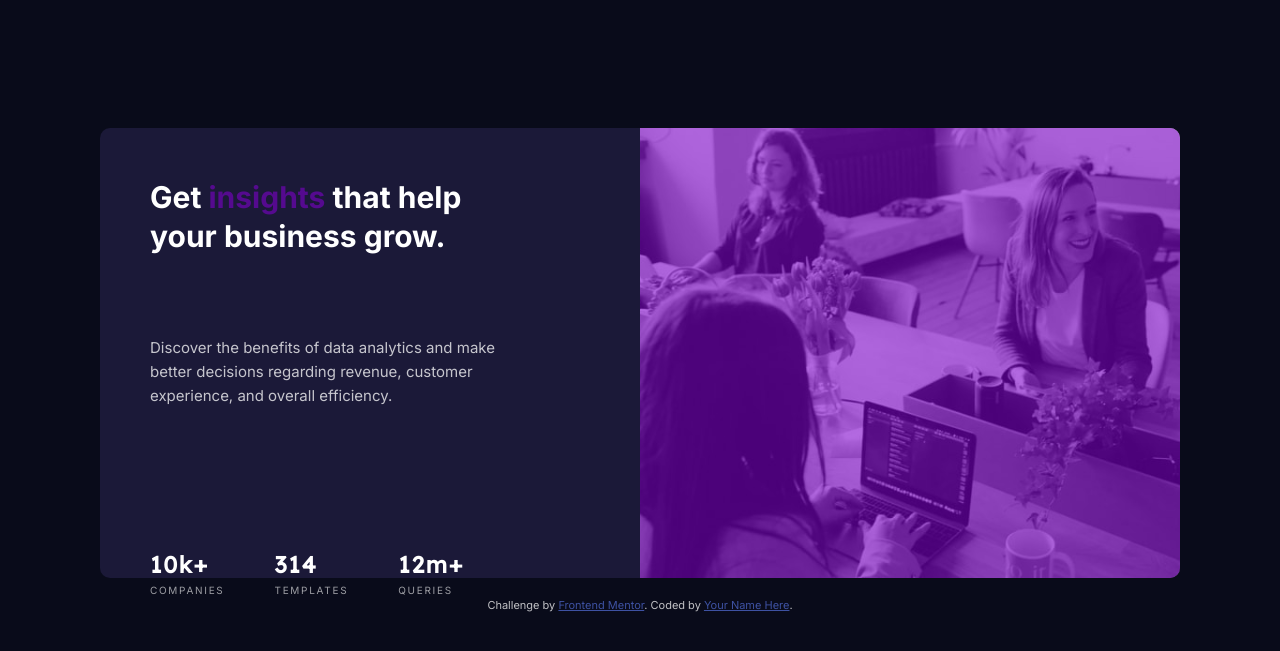
Repository: DejV44/stats-preview-card-component-main
Page: index.html
These files come from the project's save history. The page is drawn as it stood at one moment and after the next save; the edit follows.
The browser window is 1280 px wide. The pictures show the whole page.
The style sheet was rebuilt from its Sass, Less or Tailwind sources for each picture, by a compiler version that may differ from the author's.

Above is the page before, as saved 2021-07-10 21:25:36.

### index.html
<!DOCTYPE html>
<html lang="en">
<head>
  <meta charset="UTF-8">
  <meta name="viewport" content="width=device-width, initial-scale=1.0"> <!-- displays site properly based on user's device -->

  <link rel="icon" type="image/png" sizes="32x32" href="./images/favicon-32x32.png">
  <link rel="stylesheet" href="/css/style.css">


  <title>Frontend Mentor | Stats preview card component</title>
</head>
<body>
  <div class="container">
    <div class="picture">
      <div class="overlay"></div>
    </div>
    <div class="card">
      <h1>Get <span>insights</span> that help your business grow.</h1>

      <p>Discover the benefits of data analytics and make better decisions regarding revenue, customer
      experience, and overall efficiency.</p>

      <ul>
        <li><span>10k+</span> companies</li>
        <li><span>314</span> templates</li>
        <li><span>12m+</span> queries</li>
      </ul>
    </div>
  </div>


  <div class="attribution">
    Challenge by <a href="https://www.frontendmentor.io?ref=challenge" target="_blank">Frontend Mentor</a>.
    Coded by <a href="#">Your Name Here</a>.
  </div>
</body>
</html>

### css/style.scss
$mainBackground: hsl(233, 47%, 7%);
$cardBackground: hsl(244, 38%, 16%);
$accent: hsla(277, 100%, 40%, 0.589);

$mainHeading: hsl(0, 0%, 100%);
$mainParagraph: hsla(0, 0%, 100%, 0.75);
$statHeadings: hsla(0, 0%, 100%, 0.6);

@import url("https://fonts.googleapis.com/css2?family=Inter:wght@400;700&display=swap");

@import url("https://fonts.googleapis.com/css2?family=Lexend+Deca&display=swap");

* {
  margin: 0;
  padding: 0;
  box-sizing: border-box;
}

body {
  font-family: "Inter", sans-serif;
  font-size: 15px;
  background-color: $mainBackground;

  .container {
    margin: 20px 30px;
    border-radius: 10px;
    .picture {

      border-radius: 10px 10px 0 0;
      background: url("/images/image-header-mobile.jpg");
      background-position: center;
      background-size: cover;
      background-repeat: no-repeat;
      height: 300px;

      .overlay {
        background-color: $accent;
        background-size: cover;
        height: 300px;
      }
    }

    .card {
        border-radius: 0 0 10px 10px;
        background: $cardBackground;
        text-align: center;

        h1 {
            margin: 0 auto;
            padding: 30px 25px;
            color: $mainHeading;
            text-align: center;
            line-height: 1.3;
            span {
                color: $accent;
                line-height: 1.3;
            }
        }
        p {
          color: $mainParagraph;
          padding: 0 20px 20px 20px;
          margin-bottom: 15px;
          line-height: 24px;
        }

        ul {
          padding-bottom: 15px;
          font-size: 10px;
          letter-spacing: 1.7px;
          color: $statHeadings;
          li {
            list-style: none;
            text-transform: uppercase;
            padding: 7px 0;


            span {
              padding-bottom: 5px;
              display: block;
              text-transform: lowercase;
              font-family: "lexend Deca" ,sans-serif;
              font-weight: 700;
              font-size: 23px;
              color: $mainHeading;
            }
          }
        }
    }
  }

  .attribution {
    font-size: 11px;
    text-align: center;
    color: $mainParagraph;

    a {
      color: hsl(228, 45%, 44%);
    }
  }
}

@media (min-width:768px) {
  body {
    height: 100vh;
    display: flex;
    flex-direction: column;
    justify-content: center;


    .container {
      display: flex;
      flex-direction: row-reverse;
      justify-content: center;
      flex-wrap: nowrap;

      .picture {
        flex-grow: 0;
        align-content: flex-end;
        width: 540px;
        height: 450px;
        border-radius: 0;
        border-bottom-right-radius: 10px;
        border-top-right-radius: 10px;

        .overlay {
          width: 540px;
          height: 450px;
          border-radius: 0;
          border-bottom-right-radius: 10px;
          border-top-right-radius: 10px;
        }

      }

      .card {

        max-height: 450px;
        width: 540px;
        border-radius: 0;
        border-bottom-left-radius: 10px;
        border-top-left-radius: 10px;
        text-align: left;

        h1, p {
          text-align: left;
          max-width: 540px;
          margin-left: 50px;
          margin-right: 100px;
          padding-top: 50px;
          padding-left: 0;
        }

        ul {
          display: inline-flex;
          text-align: left;

          li {
            margin: 100px 0px 0 50px;
          }
        }

      }
    }
  }
}

After the next save:
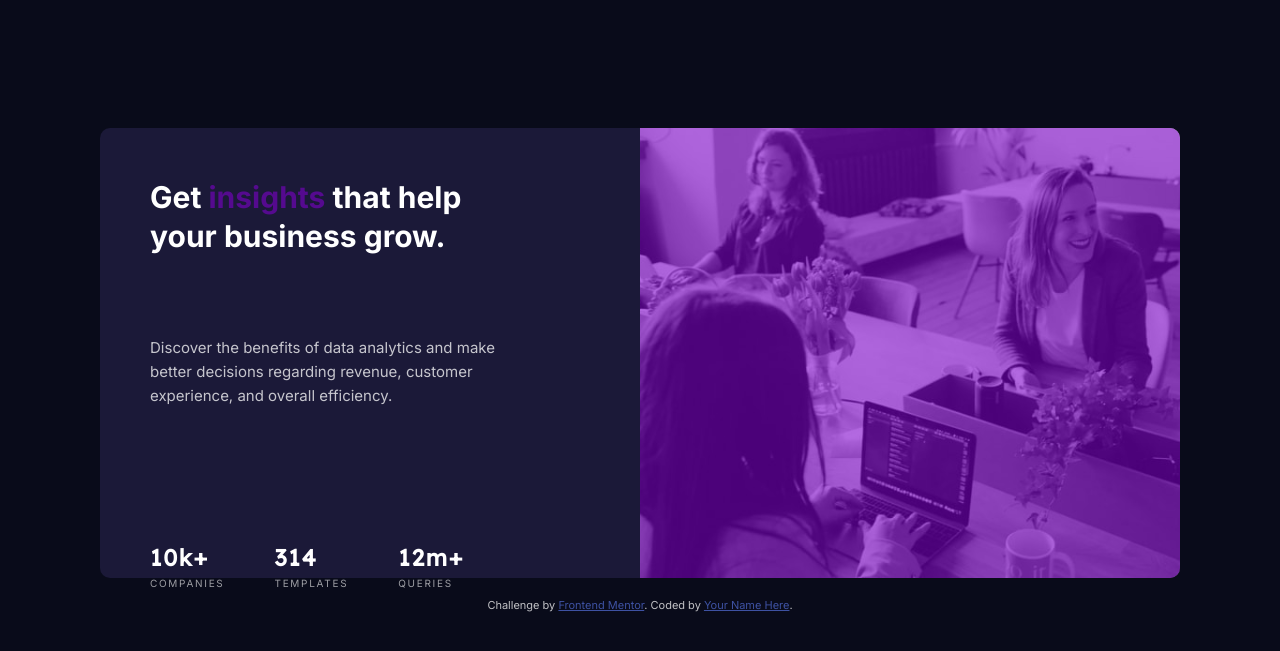
Saved 17 s later.
--- a/css/style.scss
+++ b/css/style.scss
@@ -155,7 +155,7 @@ body {
           text-align: left;
 
           li {
-            margin: 100px 0px 0 50px;
+            padding: 100px 0px 0 50px;
           }
         }
 
